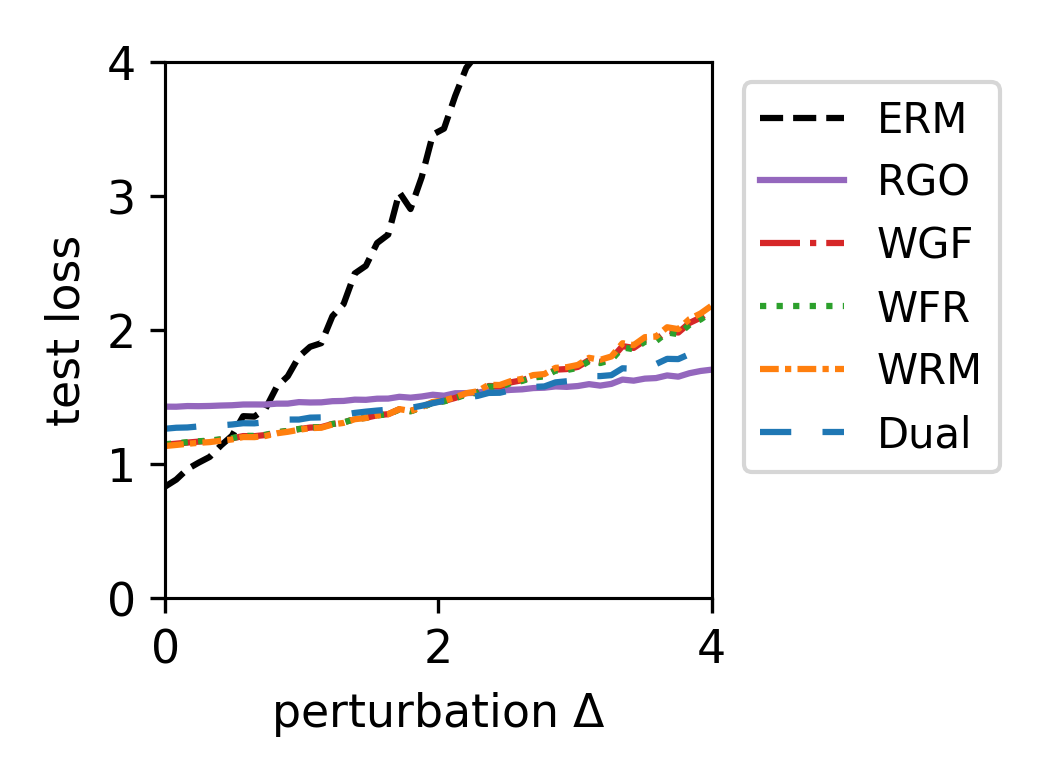
Repository: ZusenXu/GFS-DRO
Script's output: python uncertain_least_squares/uncertain_least_squares.py
The author's editor kept a copy of each file at every save. The script's output is drawn from the files as they stood at one save, then again after the next save.
Random numbers start from a fixed seed.

Above is the script's output before, as saved 2025-09-13 21:04:15.

### uncertain_least_squares/uncertain_least_squares.py
import numpy as np
import matplotlib.pyplot as plt
from scipy.optimize import minimize
from scipy.special import logsumexp

# --- 1. 实验设置与参数定义 ---
# 定义问题的维度
DIM_M = 10  # 矩阵 A 的行数
DIM_N = 10  # 矩阵 A 的列数 (theta 的维度)

# 定义训练/测试样本数量
N_TRAIN_SAMPLES = 20
N_TEST_SAMPLES = 1000

# 定义分布偏移的扰动范围
DELTA_MIN = 0.0
DELTA_MAX = 4.0
DELTA_STEPS = 50

# --- DRO 算法超参数 ---
N_EPOCHS = 50 # 外部优化的迭代轮数
LEARNING_RATE = 0.01 # 外部优化 theta 的学习率
LAMBDA_VAL = 0.2 # 正则化参数 lambda
EPSILON = 0.5 # 熵正则化参数 epsilon
GRAD_CLIP_THRESHOLD = 10.0 # 梯度裁剪阈值，防止梯度爆炸

# RGO (算法2) 特定参数
RGO_SMOOTHNESS_L = 0.5 # 假设的损失函数平滑度 L (需满足 LAMBDA_VAL > L/2)

# WGF (算法3), WFR (算法4), WRM 特定参数
K_INNER_STEPS = 10  # 内部循环迭代次数 K
INNER_STEP_SIZE = 0.01 # 内部循环步长 eta

# WFR (算法4) 特定参数
M_PARTICLES = 5 # WFR 使用的粒子(样本)数量
WFR_WEIGHT_STEP_SIZE = 0.08 # WFR 权重更新步长 tau

# Dual 方法特定参数
SINKHORN_SAMPLE_LEVEL = 4 # Dual 方法的蒙特卡洛采样级别

# --- 2. 生成固定的问题实例 ---
np.random.seed(42)
A0 = np.random.randn(DIM_M, DIM_N)
A1 = np.random.randn(DIM_M, DIM_N)
b = np.random.randn(DIM_M)

# --- 3. 数据生成函数 ---
def generate_training_data(n_samples):
    return np.random.uniform(-0.5, 0.5, n_samples)

def generate_test_data(n_samples, delta):
    lower_bound = -0.5 * (1 + delta)
    upper_bound = 0.5 * (1 + delta)
    return np.random.uniform(lower_bound, upper_bound, n_samples)

# --- 4. 核心函数定义 ---
def loss_function(theta, z):
    """ 计算单个样本 z 的损失 f_theta(z) """
    A_z = A0 + z * A1
    residual = A_z @ theta - b
    return np.sum(residual**2)/DIM_M

def loss_grad_theta(theta, z):
    """ 计算损失函数关于 theta 的梯度 nabla_theta f_theta(z) """
    A_z = A0 + z * A1
    residual = A_z @ theta - b
    return 2 * A_z.T @ residual

# --- 5. ERM (经验风险最小化) 实现 ---
def erm_objective_function(theta, xi_samples):
    """ 计算 ERM 的目标函数值（平均损失）"""
    total_loss = np.mean([loss_function(theta, xi) for xi in xi_samples])
    return total_loss

def solve_erm(xi_train_samples):
    """ 使用优化器求解 ERM 问题 """
    initial_theta = np.zeros(DIM_N)
    result = minimize(
        erm_objective_function, initial_theta, args=(xi_train_samples,), method='BFGS')
    if not result.success:
        print("警告: ERM 优化过程可能未收敛。")
    return result.x

# --- 6. RGO (算法2) 实现 ---
def solve_rgo(xi_train_samples):
    """ 使用 RGO 算法求解 Sinkhorn DRO """
    theta = np.zeros(DIM_N)

    def rgo_inner_objective(z, xi, current_theta):
        l = loss_function(current_theta, z)
        penalty = np.sum((z - xi)**2)
        return -l / (LAMBDA_VAL * EPSILON) + penalty / EPSILON

    for _ in range(N_EPOCHS):
        grad_accumulator = np.zeros_like(theta)
        for xi in xi_train_samples:
            res = minimize(rgo_inner_objective, xi, args=(xi, theta), method='BFGS')
            z_star = res.x
            accepted = False
            while not accepted:
                variance = (LAMBDA_VAL * EPSILON) / (2 * LAMBDA_VAL - RGO_SMOOTHNESS_L)
                if variance <= 0: variance = 1e-6
                z_candidate = np.random.normal(z_star, np.sqrt(variance))
                f_val_candidate = rgo_inner_objective(z_candidate, xi, theta)
                f_val_star = rgo_inner_objective(z_star, xi, theta)
                log_accept_prob = -f_val_candidate + f_val_star - ((np.sum((z_candidate - z_star)**2)) / (2*variance))
                if np.log(np.random.rand()) < log_accept_prob:
                    accepted_sample = z_candidate
                    accepted = True
            grad_accumulator += loss_grad_theta(theta, accepted_sample)

        avg_grad = grad_accumulator / len(xi_train_samples)
        grad_norm = np.linalg.norm(avg_grad)
        if grad_norm > GRAD_CLIP_THRESHOLD:
            avg_grad = avg_grad * GRAD_CLIP_THRESHOLD / grad_norm
        theta -= LEARNING_RATE * avg_grad

    return theta

# --- 7. Wasserstein Gradient Flow (WGF) 实现 (基于算法3) ---
def solve_wgf(xi_train_samples):
    """ 使用 Wasserstein Gradient Flow (WGF) 求解 Sinkhorn DRO """
    theta = np.zeros(DIM_N)

    def f_bar_grad_z(z, xi, current_theta):
        A1_theta = A1 @ current_theta
        A_z_theta = (A0 + z * A1) @ current_theta
        grad_f = 2 * A1_theta.T @ (A_z_theta - b)
        return grad_f - 2 * LAMBDA_VAL * (z - xi)

    for _ in range(N_EPOCHS):
        grad_accumulator = np.zeros_like(theta)
        for xi in xi_train_samples:
            z_k = xi
            for _ in range(K_INNER_STEPS):
                noise = np.random.normal(0, 1)
                grad = f_bar_grad_z(z_k, xi, theta)
                z_k += INNER_STEP_SIZE * grad + np.sqrt(2 * INNER_STEP_SIZE * LAMBDA_VAL * EPSILON) * noise
            grad_accumulator += loss_grad_theta(theta, z_k)

        avg_grad = grad_accumulator / len(xi_train_samples)
        grad_norm = np.linalg.norm(avg_grad)
        if grad_norm > GRAD_CLIP_THRESHOLD:
            avg_grad = avg_grad * GRAD_CLIP_THRESHOLD / grad_norm
        theta -= LEARNING_RATE * avg_grad

    return theta

# --- 8. WFR Flow (算法4) 实现 ---
def solve_wfr(xi_train_samples):
    """ 使用 WFR Flow 求解 Sinkhorn DRO """
    theta = np.zeros(DIM_N)

    def f_bar(z, xi, current_theta):
         return loss_function(current_theta, z) - LAMBDA_VAL * np.sum((z-xi)**2)

    def f_bar_grad_z(z, xi, current_theta):
        A1_theta = A1 @ current_theta
        A_z_theta = (A0 + z * A1) @ current_theta
        grad_f = 2 * A1_theta.T @ (A_z_theta - b)
        return grad_f - 2 * LAMBDA_VAL * (z - xi)

    for _ in range(N_EPOCHS):
        grad_accumulator = np.zeros_like(theta)
        for xi in xi_train_samples:
            particles = np.full(M_PARTICLES, xi)
            weights = np.full(M_PARTICLES, 1.0 / M_PARTICLES)

            for _ in range(K_INNER_STEPS):
                for i in range(M_PARTICLES):
                    noise = np.random.normal(0, 1)
                    grad = f_bar_grad_z(particles[i], xi, theta)
                    particles[i] += INNER_STEP_SIZE * grad + np.sqrt(2 * INNER_STEP_SIZE * LAMBDA_VAL * EPSILON) * noise
                    f_bar_val = f_bar(particles[i], xi, theta)
                    weights[i] = (weights[i]**(1 - LAMBDA_VAL * EPSILON * WFR_WEIGHT_STEP_SIZE)) * np.exp(WFR_WEIGHT_STEP_SIZE * f_bar_val)

                sum_weights = np.sum(weights)
                if sum_weights > 1e-8: weights /= sum_weights
                else: weights = np.full(M_PARTICLES, 1.0 / M_PARTICLES)

            weighted_grad = np.sum([w * loss_grad_theta(theta, z) for w, z in zip(weights, particles)], axis=0)
            grad_accumulator += weighted_grad

        avg_grad = grad_accumulator / len(xi_train_samples)
        grad_norm = np.linalg.norm(avg_grad)
        if grad_norm > GRAD_CLIP_THRESHOLD:
            avg_grad = avg_grad * GRAD_CLIP_THRESHOLD / grad_norm
        theta -= LEARNING_RATE * avg_grad

    return theta

# --- 9. WRM (Wasserstein Robust Method) 实现 ---
def solve_wrm(xi_train_samples):
    """ 使用 WRM (确定性内部优化) 求解 """
    theta = np.zeros(DIM_N)

    def f_bar_grad_z(z, xi, current_theta):
        A1_theta = A1 @ current_theta
        A_z_theta = (A0 + z * A1) @ current_theta
        grad_f = 2 * A1_theta.T @ (A_z_theta - b)
        return grad_f - 2 * LAMBDA_VAL * (z - xi)

    for _ in range(N_EPOCHS):
        grad_accumulator = np.zeros_like(theta)
        for xi in xi_train_samples:
            z_k = xi
            # 内部 K 步梯度上升 (无噪声)
            for _ in range(K_INNER_STEPS):
                grad = f_bar_grad_z(z_k, xi, theta)
                z_k += INNER_STEP_SIZE * grad

            grad_accumulator += loss_grad_theta(theta, z_k)

        avg_grad = grad_accumulator / len(xi_train_samples)
        grad_norm = np.linalg.norm(avg_grad)
        if grad_norm > GRAD_CLIP_THRESHOLD:
            avg_grad = avg_grad * GRAD_CLIP_THRESHOLD / grad_norm
        theta -= LEARNING_RATE * avg_grad

    return theta

# --- 10. Dual Method (对偶方法) 实现 ---
def solve_dual(xi_train_samples):
    """ 使用对偶方法求解 Sinkhorn DRO """
    theta = np.zeros(DIM_N)

    levels = np.arange(SINKHORN_SAMPLE_LEVEL + 1)
    numerators = 2.0**(-levels)
    denominator = 2.0 - 2.0**(-SINKHORN_SAMPLE_LEVEL)
    probabilities = numerators / denominator

    for _ in range(N_EPOCHS):
        grad_accumulator = np.zeros_like(theta)
        for xi in xi_train_samples:
            # 1. 多层蒙特卡洛采样
            sampled_level = np.random.choice(levels, p=probabilities)
            m = 2**sampled_level

            # 2. 从基础分布采样
            noise = np.random.randn(m) * np.sqrt(EPSILON)
            z_samples = xi + noise

            # 3. 计算梯度
            # v_j = f_theta(z_j) / (lambda*epsilon)
            v = np.array([loss_function(theta, z) for z in z_samples]) / (LAMBDA_VAL * EPSILON)

            # weights = softmax(v)
            weights = np.exp(v - np.max(v)) # 减去max增强稳定性
            weights /= np.sum(weights)

            # grad = sum(w_j * grad_theta f(z_j))
            grads_per_sample = np.array([loss_grad_theta(theta, z) for z in z_samples])
            weighted_grad = np.sum(weights[:, np.newaxis] * grads_per_sample, axis=0)
            grad_accumulator += weighted_grad

        avg_grad = grad_accumulator / len(xi_train_samples)
        grad_norm = np.linalg.norm(avg_grad)
        if grad_norm > GRAD_CLIP_THRESHOLD:
            avg_grad = avg_grad * GRAD_CLIP_THRESHOLD / grad_norm
        theta -= LEARNING_RATE * avg_grad

    return theta

# --- 11. 实验执行与评估 ---
def run_experiment():
    """ 执行完整的实验流程 """
    xi_train = generate_training_data(N_TRAIN_SAMPLES)

    print("正在求解 ERM 模型...")
    theta_erm = solve_erm(xi_train)
    print("正在求解 RGO 模型...")
    theta_rgo = solve_rgo(xi_train)
    print("正在求解 WGF 模型...")
    theta_wgf = solve_wgf(xi_train)
    print("正在求解 WFR 模型...")
    theta_wfr = solve_wfr(xi_train)
    print("正在求解 WRM 模型...")
    theta_wrm = solve_wrm(xi_train)
    print("正在求解 Dual 模型...")
    theta_dual = solve_dual(xi_train)
    print("所有模型求解完成。")

    delta_values = np.linspace(DELTA_MIN, DELTA_MAX, DELTA_STEPS)
    results = {'ERM': [], 'RGO': [], 'WGF': [], 'WFR': [], 'WRM': [], 'Dual': []}
    models = {
        'ERM': theta_erm, 'RGO': theta_rgo, 'WGF': theta_wgf,
        'WFR': theta_wfr, 'WRM': theta_wrm, 'Dual': theta_dual
    }

    print("正在评估所有模型...")
    for delta in delta_values:
        xi_test = generate_test_data(N_TEST_SAMPLES, delta)
        for name, theta in models.items():
            test_loss = erm_objective_function(theta, xi_test)
            results[name].append(test_loss)

    print("评估完成。")
    return delta_values, results

# --- 12. 结果可视化 ---
def plot_results(delta_values, results):
    """ 绘制所有模型损失随扰动 delta 变化的曲线 """
    fig, ax = plt.subplots(figsize=(3.5, 2.613), dpi=300)

    styles = {
        'ERM': {'color': 'k', 'linestyle': '--'},
        'RGO': {'color': '#9467bd', 'linestyle': '-'},
        'WGF': {'color': '#d62728', 'linestyle': '-.'},
        'WFR': {'color': '#2ca02c', 'linestyle': ':'},
        'WRM': {'color': '#ff7f0e', 'linestyle': (0, (3, 1, 1, 1))}, # orange, dashdotdot
        'Dual': {'color': '#1f77b4', 'linestyle': (0, (5, 5))} # blue, dashed
    }

    for name, losses in results.items():
        ax.plot(delta_values, losses, linewidth=1.5, label=name, **styles[name])

    #ax.set_title('(a) Uncertain least squares loss', fontsize=11)
    ax.set_xlabel('perturbation $\Delta$', fontsize=11)
    ax.set_ylabel('test loss', fontsize=11)
    ax.tick_params(axis='both', which='major', labelsize=11)
    for spine in ax.spines.values():
        spine.set_linewidth(0.75)
    ax.set_xlim(0, 4)
    ax.set_ylim(0, 4)
    ax.grid(False)
    ax.legend(fontsize=10)
    ax.legend(loc='upper left', bbox_to_anchor=(1.02, 1))
    plt.tight_layout()
    plt.savefig('uncertain_least_squares_results.png', dpi=300)
    plt.show()

# --- 主程序入口 ---
if __name__ == '__main__':
    with np.errstate(all='ignore'):
        delta_vals, all_results = run_experiment()
        plot_results(delta_vals, all_results)

After the next save:
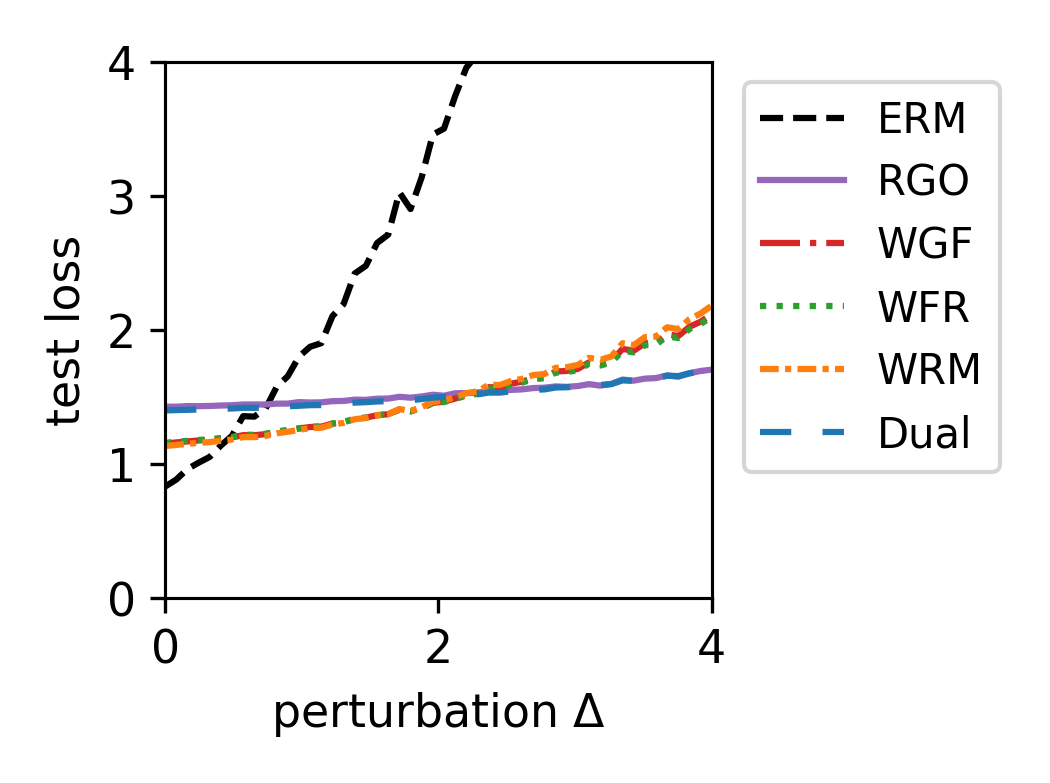
Saved 16 s later.
--- a/uncertain_least_squares/uncertain_least_squares.py
+++ b/uncertain_least_squares/uncertain_least_squares.py
@@ -21,7 +21,7 @@ DELTA_STEPS = 50
 N_EPOCHS = 50 # 外部优化的迭代轮数
 LEARNING_RATE = 0.01 # 外部优化 theta 的学习率
 LAMBDA_VAL = 0.2 # 正则化参数 lambda
-EPSILON = 0.5 # 熵正则化参数 epsilon
+EPSILON = 1 # 熵正则化参数 epsilon
 GRAD_CLIP_THRESHOLD = 10.0 # 梯度裁剪阈值，防止梯度爆炸
 
 # RGO (算法2) 特定参数
